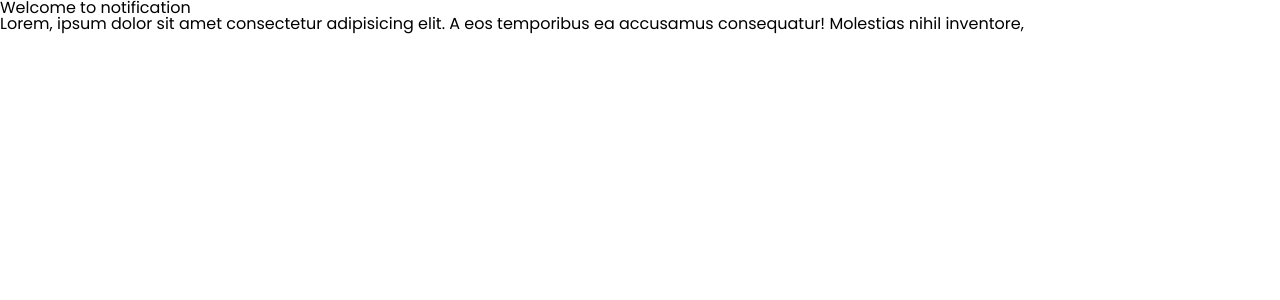
Repository: quoctri2008/test1
Page: notification.html
An editor plug-in stored every save of this project. The page is shown before and after the next save, followed by the edit.
The browser window is 1280 px wide. The pictures show the whole page.

Above is the page before, as saved 2021-09-08 14:49:38.

### notification.html
<!DOCTYPE html>
<html lang="en">
  <head>
    <meta charset="UTF-8" />
    <meta http-equiv="X-UA-Compatible" content="IE=edge" />
    <meta name="viewport" content="width=device-width, initial-scale=1.0" />
    <title>Javascript</title>
    <link rel="preconnect" href="https://fonts.gstatic.com" />
    <link
      href="https://fonts.googleapis.com/css2?family=Poppins:wght@400;600&display=swap"
      rel="stylesheet"
    />
    <link
      rel="stylesheet"
      href="https://cdnjs.cloudflare.com/ajax/libs/font-awesome/4.7.0/css/font-awesome.min.css"
      integrity="sha512-SfTiTlX6kk+qitfevl/7LibUOeJWlt9rbyDn92a1DqWOw9vWG2MFoays0sgObmWazO5BQPiFucnnEAjpAB+/Sw=="
      crossorigin="anonymous"
    />
    <link rel="stylesheet" href="./css/reset.css" />
    <link rel="stylesheet" href="./css/app.css" />
  </head>
  <body>
    <div class="noti">
      <img src="" alt="" class="noti-img" />
      <div class="noti-content">
        <div class="noti-title">Welcome to notification</div>
        <div class="noti-desc">
          Lorem, ipsum dolor sit amet consectetur adipisicing elit. A eos
          temporibus ea accusamus consequatur! Molestias nihil inventore,
        </div>
      </div>
    </div>
    <script src="./dom/notification-exercise.js"></script>
  </body>
</html>

### css/app.css
*,
*:before,
*:after {
  box-sizing: border-box;
}
/* using rem unit */
html {
  font-size: 62.5%;
}
a {
  text-decoration: none;
}
img {
  display: block;
  max-width: 100%;
}
body {
  font-family: "Poppins", sans-serif;
  font-size: 16px;
  line-height: 1;
}

.menu {
  width: 300px;
  position: fixed;
  top: 0;
  right: 0;
  bottom: 0;
  box-shadow: rgba(100, 100, 111, 0.2) 0px 7px 29px 0px;
  list-style: none;
  transform: translateX(100%);
  transition: transform 0.2s linear;
}
.menu.is-show {
  transform: translateX(0);
}
.menu-link {
  display: block;
  padding: 20px 15px;
  color: #333;
  border-bottom: 1px solid #eee;
}

/* Modal */
.modal {
  position: fixed;
  top: 0;
  left: 0;
  width: 100%;
  height: 100%;
  background-color: #eee;
  z-index: 10;
  display: flex;
  align-items: center;
  justify-content: center;
  flex-direction: column;
  opacity: 0;
  visibility: hidden;
  transition: all 0.2s linear;
}
.modal.is-show {
  opacity: 1;
  visibility: visible;
}

.modal-content {
  max-width: 600px;
  padding: 50px;
  border-radius: 10px;
  background-color: white;
  position: relative;
}

.modal-close {
  position: absolute;
  top: -10px;
  right: -10px;
  color: white;
  width: 30px;
  height: 30px;
  display: flex;
  justify-content: center;
  align-items: center;
  background-color: red;
  cursor: pointer;
  border-radius: 50px;
}

.modal-desc {
  line-height: 1.2;
  margin-bottom: 30px;
}
.modal-action {
  display: flex;
  justify-content: center;
  align-items: center;
}
.modal-confirm,
.modal-cancel {
  border: 0;
  border-radius: 5px;
  background-color: transparent;
  padding: 10px 20px;
  color: #999;
  font-weight: bold;
  margin: 0 10px;
}
.modal-confirm {
  background-color: #2196f3;
  color: white;
}

Loaded but not shown: css/reset.css (common file); dom/notification-exercise.js (no stored copy; drawn as an empty file)

After the next save:
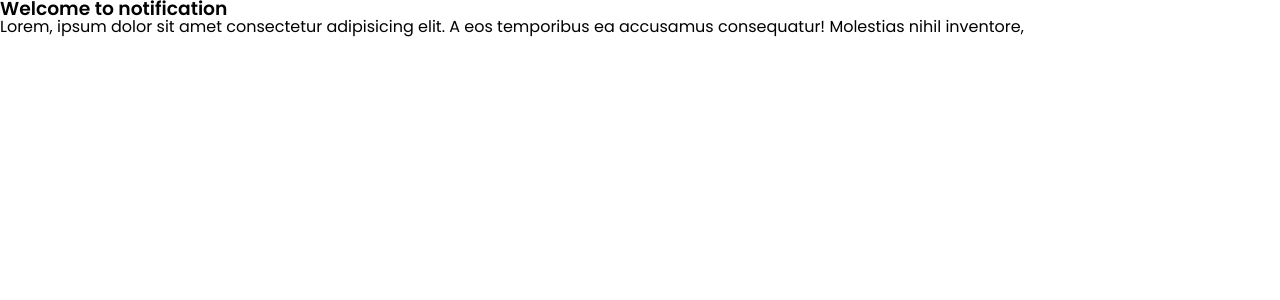
Saved 19 s later.
--- a/notification.html
+++ b/notification.html
@@ -23,11 +23,11 @@
     <div class="noti">
       <img src="" alt="" class="noti-img" />
       <div class="noti-content">
-        <div class="noti-title">Welcome to notification</div>
-        <div class="noti-desc">
+        <h3 class="noti-title">Welcome to notification</h3>
+        <p class="noti-desc">
           Lorem, ipsum dolor sit amet consectetur adipisicing elit. A eos
           temporibus ea accusamus consequatur! Molestias nihil inventore,
-        </div>
+        </p>
       </div>
     </div>
     <script src="./dom/notification-exercise.js"></script>
